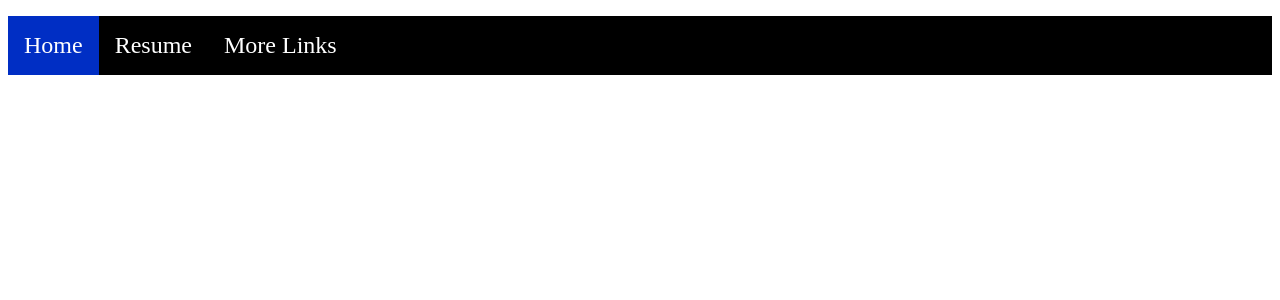
Repository: Luis6969/Luis6969.github.io
Page: resume.html
The author's editor kept a record of every edit. The page is drawn from the files as they stood at one moment, then again after the next edit.
The browser window is 1280 px wide. The pictures show the whole page.
The pointer rests on the first visible `.navbar li`.

Above is the page before.

After the next edit:
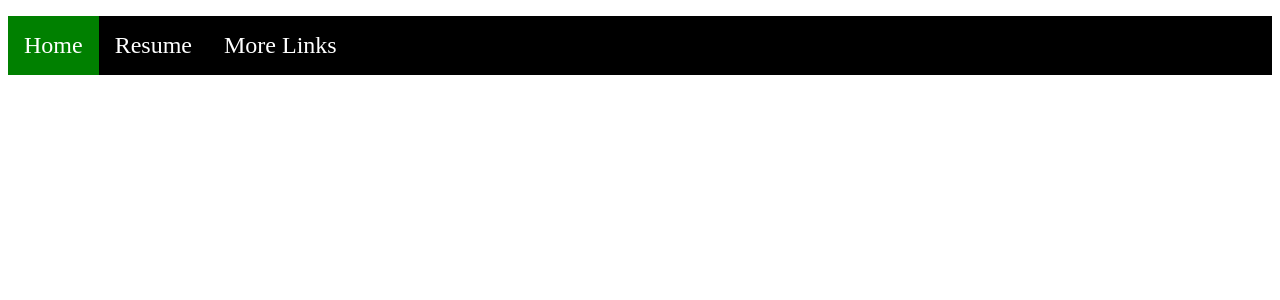
The edit:
--- a/resume.html
+++ b/resume.html
@@ -23,7 +23,7 @@
     }
 
     .navbar li:hover{
-      background-color: #002ec4
+      background-color: green
     }
 
     .dropdown-content{
